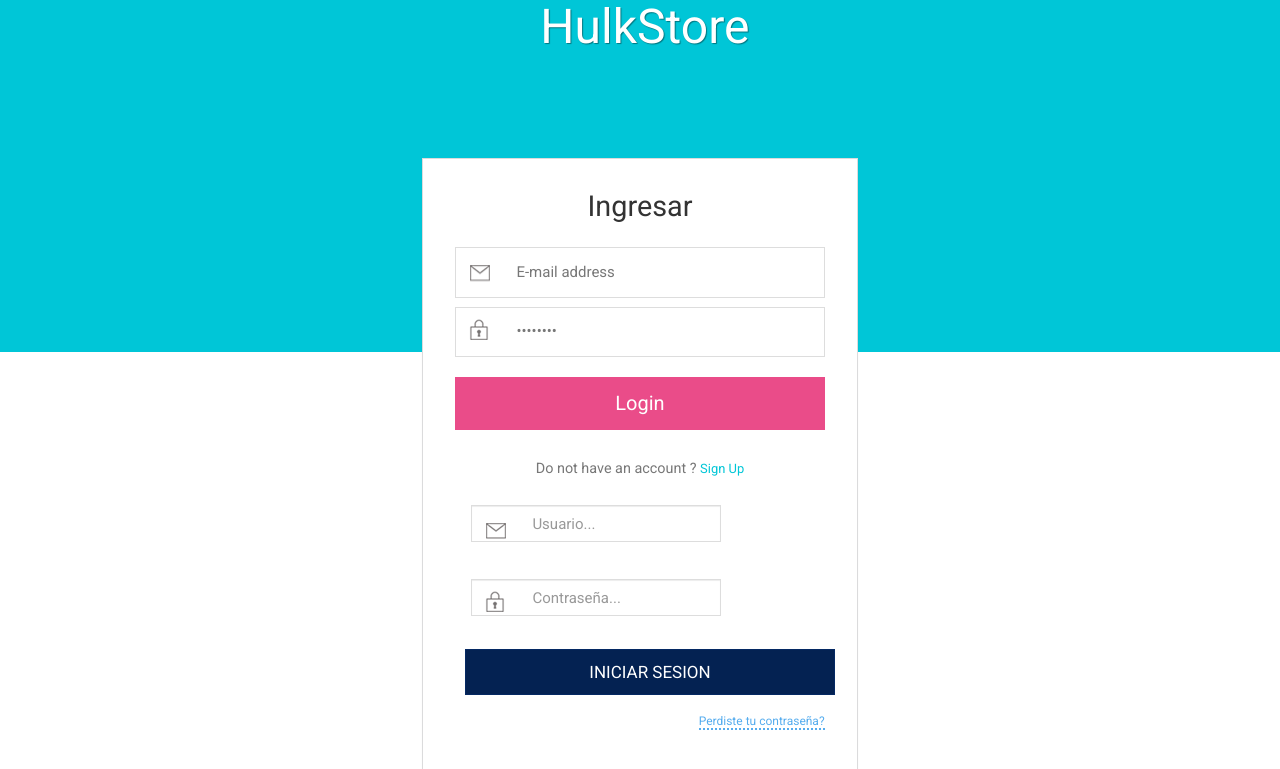
Repository: Feliphegomez/HS_Todo1
Page: http://localhost/HulkStore/
The author's editor kept a copy of each file at every save. The page is drawn from the files as they stood at one save, then again after a run of saves.
The browser window is 1280 px wide. The pictures show the whole page.
The page is served by Tomcat 9. Other server files are loaded and not shown.

Above is the page before, as saved 2020-03-26 15:27:45.

### KardexWeb/HulkStore/WebContent/login.jsp
<%@ page language="java" contentType="text/html; charset=ISO-8859-1"
    pageEncoding="ISO-8859-1"%>
<!DOCTYPE HTML>
<html>
	<head>
		<title>Hulk Store | Login :: Todo1.com</title>
		<meta name="viewport" content="width=device-width, initial-scale=1">
		<meta http-equiv="Content-Type" content="text/html; charset=utf-8" />
		<meta name="keywords" content="Augment Responsive web template, Bootstrap Web Templates, Flat Web Templates, Android Compatible web template,
		Smartphone Compatible web template, free webdesigns for Nokia, Samsung, LG, SonyEricsson, Motorola web design" />
		<script type="application/x-javascript"> addEventListener("load", function() { setTimeout(hideURLbar, 0); }, false); function hideURLbar(){ window.scrollTo(0,1); } </script>
		 <!-- Bootstrap Core CSS -->
		<link href="css/bootstrap.min.css" rel='stylesheet' type='text/css' />
		<!-- Custom CSS -->
		<link href="css/style.css" rel='stylesheet' type='text/css' />
		<!-- Graph CSS -->
		<link href="css/font-awesome.css" rel="stylesheet">
		<!-- jQuery -->
		<link href='//fonts.googleapis.com/css?family=Roboto:700,500,300,100italic,100,400' rel='stylesheet' type='text/css'>
		<!-- lined-icons -->
		<link rel="stylesheet" href="css/icon-font.min.css" type='text/css' />
		<!-- //lined-icons -->
		<script src="js/jquery-1.10.2.min.js"></script>
		<!--clock init-->
	</head>
	<body>
		<!--/login-->
		<div class="error_page">
			<!--/login-top-->
			<div class="error-top">
				<h2 class="inner-tittle page">HulkStore</h2>
				    <div class="login">
					<h3 class="inner-tittle t-inner">Ingresar</h3>
						<!-- //
						<div class="buttons login">
							<ul>
								<li><a href="#" class="hvr-sweep-to-right">Facebook</a></li>
								<li class="lost"><a href="#" class="hvr-sweep-to-left">Twitter</a> </li>
								<div class="clearfix"></div>
							</ul>
						</div>
						-->
						<form action="index.jsp" method="post">
							<input type="text" class="text" value="E-mail address" onfocus="this.value = '';" onblur="if (this.value == '') {this.value = 'E-mail address';}" >
							<input type="password" value="Password" onfocus="this.value = '';" onblur="if (this.value == '') {this.value = 'Password';}">
							<div class="submit"><input type="submit" onclick="myFunction()" value="Login" ></div>
							<div class="clearfix"></div>

							<div class="new">
								<!-- // <p><label class="checkbox11"><input type="checkbox" name="checkbox"><i> </i>Forgot Password ?</label></p> -->
								<p class="sign">Do not have an account ? <a href="sign.html">Sign Up</a></p>
								<div class="clearfix"></div>
							</div>
						</form>


							<form class="form" action="index.jsp" method="post">
								<div class="card-body">
									<div class="input-group no-border input-lg">
										<div class="input-group-prepend">
											<span class="input-group-text">
												<i class="now-ui-icons users_circle-08"></i>
											</span>
										</div>
										<input type="text" name="username" class="form-control" placeholder="Usuario..." />
									</div>
									<div class="input-group no-border input-lg">
										<div class="input-group-prepend">
											<span class="input-group-text">
												<i class="now-ui-icons text_caps-small"></i>
											</span>
										</div>
										<input type="password" name="password" placeholder="Contraseña..." class="form-control" />
									</div>
		            			</div>
		            			<div class="card-footer text-center">
		              				<button type="submit" class="btn btn-primary btn-round btn-lg btn-block">INICIAR SESION</button>
		              				<div class="pull-right">
		                				<h6><a href="#Help" class="link">Perdiste tu contraseña?</a></h6>
		              				</div>
		          				</div>
	          				</form>
					</div>


				</div>


				<!--//login-top-->
		   </div>

			  	<!--//login-->
			    <!--footer section start-->
			<div class="footer">
					<div class="error-btn">
								<a class="read fourth" href="index.html">Return to Home</a>
								</div>
			   <p>&copy 2016 Augment . All Rights Reserved | Design by <a href="https://w3layouts.com/" target="_blank">W3layouts.</a></p>
			</div>
		<!--footer section end-->
		<!--/404-->
		<!--js -->
		<script src="js/jquery.nicescroll.js"></script>
		<script src="js/scripts.js"></script>
		<!-- Bootstrap Core JavaScript -->
	   <script src="js/bootstrap.min.js"></script>
	</body>
</html>

### KardexWeb/HulkStore/src/servlet/Home.java
package servlet;

import java.io.IOException;
import java.io.PrintWriter;
import java.sql.Connection;
import java.sql.ResultSet;

import javax.servlet.RequestDispatcher;
import javax.servlet.ServletException;
import javax.servlet.annotation.WebServlet;
import javax.servlet.http.HttpServlet;
import javax.servlet.http.HttpServletRequest;
import javax.servlet.http.HttpServletResponse;
import javax.servlet.http.HttpSession;

import java.sql.PreparedStatement;

import config.Conexion;

/**
 * Servlet implementation class Home
 */
@WebServlet("/index.jsp")
public class Home extends HttpServlet {
	private static final long serialVersionUID = 1L;
	String home="dashboard.jsp";
	String login="login.jsp";
	String acceso = "";
	HttpSession session;

    /**
     * @see HttpServlet#HttpServlet()
     */
    public Home() {
        super();
        // TODO Auto-generated constructor stub
    }

	/**
	 * @see HttpServlet#doGet(HttpServletRequest request, HttpServletResponse response)
	 */
	protected void doGet(HttpServletRequest request, HttpServletResponse response) throws ServletException, IOException {
		// TODO Auto-generated method stub
		response.getWriter().append("Served at: ").append(request.getContextPath());
		session = request.getSession(false);
		PrintWriter out = response.getWriter();

        if(session != null && session.getAttribute("userid") != null){
        	acceso = home;
        } else {
        	acceso = login;
        }
		RequestDispatcher vista = request.getRequestDispatcher(acceso);
		vista.forward(request, response);


	}

	/**
	 * @see HttpServlet#doPost(HttpServletRequest request, HttpServletResponse response)
	 */

	protected void doPost(HttpServletRequest request, HttpServletResponse response) throws ServletException, IOException {
		HttpSession session = request.getSession(false);
		PrintWriter out = response.getWriter();
    	// request.getSession().setAttribute("errorMsg", null);

		try {
			if(isGuest(request, response) == true){
		        String username     = request.getParameter("username");
		        String password = request.getParameter("password");
		        if(username != null && password != null) {
		            try {
		    	    	try {
		    	    		Conexion adaptador = new Conexion(); // crear conexion
		    		    	Connection connection = adaptador.getConnection(); // crear conexion a partir de los datos

		    				String sql = "SELECT * FROM users WHERE username=? AND password=?";

		    		        PreparedStatement statement = connection.prepareStatement(sql);

		    		        statement.setString(1, username);
		    		        statement.setString(2, password);

		    		        ResultSet result = statement.executeQuery();

		    		        if (result.next()) {
		    		        	session.setAttribute("userid", 1);
		    		        	session.setAttribute("username", username);
		    		        	session.setAttribute("name", username);
		    		        	session.setAttribute("password", password);
		    		        	response.sendRedirect("index.jsp");
		    		        } else {
					        	request.getSession().setAttribute("errorMsg", "Lo sentimos, error de nombre de usuario o contraseña.");
					            request.getRequestDispatcher("login.jsp").include(request, response);
		    		        }

		    	    	} catch (Exception e) {
		    	    		throw new Exception("Conexion no establecida!", e);
		    	    	}
		            } catch (Exception sqle) {
		                System.out.println("Error: ");
		                out.println(sqle);
		            }
		        } else {
		        	request.getSession().setAttribute("errorMsg", "Lo sentimos, error de nombre de usuario o contraseña.");
		            request.getRequestDispatcher("login.jsp").include(request, response);
		        }
			} else {
	        	response.sendRedirect("index.jsp");
	        }
		} catch(Exception e) {
			out.println(e);
		}

        response.setContentType("text/html");
        request.getSession().setAttribute("errorMsg", null);
        out.close();
    }

    protected boolean isGuest(HttpServletRequest request, HttpServletResponse response) throws IOException {
		PrintWriter out = response.getWriter();
        HttpSession session = request.getSession(false);

        if(session != null && session.getAttribute("username") != null){
        	return false;
        }

        return true;
    }
}

### KardexWeb/HulkStore/WebContent/js/scripts.js
(function() {
    "use strict";

    // custom scrollbar

    $("html").niceScroll({styler:"fb",cursorcolor:"#00C6D7", cursorwidth: '5', cursorborderradius: '10px', background: '#002561', spacebarenabled:false, cursorborder: '0',  zindex: '1000'});

    $(".left-side").niceScroll({styler:"fb",cursorcolor:"#00C6D7", cursorwidth: '3', cursorborderradius: '10px', background: '#002561', spacebarenabled:false, cursorborder: '0'});


    $(".left-side").getNiceScroll();
    if ($('body').hasClass('left-side-collapsed')) {
        $(".left-side").getNiceScroll().hide();
    }



    // Toggle Left Menu
   jQuery('.menu-list > a').click(function() {

      var parent = jQuery(this).parent();
      var sub = parent.find('> ul');

      if(!jQuery('body').hasClass('left-side-collapsed')) {
         if(sub.is(':visible')) {
            sub.slideUp(200, function(){
               parent.removeClass('nav-active');
               jQuery('.main-content').css({height: ''});
               mainContentHeightAdjust();
            });
         } else {
            visibleSubMenuClose();
            parent.addClass('nav-active');
            sub.slideDown(200, function(){
                mainContentHeightAdjust();
            });
         }
      }
      return false;
   });

   function visibleSubMenuClose() {
      jQuery('.menu-list').each(function() {
         var t = jQuery(this);
         if(t.hasClass('nav-active')) {
            t.find('> ul').slideUp(200, function(){
               t.removeClass('nav-active');
            });
         }
      });
   }

   function mainContentHeightAdjust() {
      // Adjust main content height
      var docHeight = jQuery(document).height();
      if(docHeight > jQuery('.main-content').height())
         jQuery('.main-content').height(docHeight);
   }

   //  class add mouse hover
   jQuery('.custom-nav > li').hover(function(){
      jQuery(this).addClass('nav-hover');
   }, function(){
      jQuery(this).removeClass('nav-hover');
   });


   // Menu Toggle
   jQuery('.toggle-btn').click(function(){
       $(".left-side").getNiceScroll().hide();

       if ($('body').hasClass('left-side-collapsed')) {
           $(".left-side").getNiceScroll().hide();
       }
      var body = jQuery('body');
      var bodyposition = body.css('position');

      if(bodyposition != 'relative') {

         if(!body.hasClass('left-side-collapsed')) {
            body.addClass('left-side-collapsed');
            jQuery('.custom-nav ul').attr('style','');

            jQuery(this).addClass('menu-collapsed');

         } else {
            body.removeClass('left-side-collapsed chat-view');
            jQuery('.custom-nav li.active ul').css({display: 'block'});

            jQuery(this).removeClass('menu-collapsed');

         }
      } else {

         if(body.hasClass('left-side-show'))
            body.removeClass('left-side-show');
         else
            body.addClass('left-side-show');

         mainContentHeightAdjust();
      }

   });


   searchform_reposition();

   jQuery(window).resize(function(){

      if(jQuery('body').css('position') == 'relative') {

         jQuery('body').removeClass('left-side-collapsed');

      } else {

         jQuery('body').css({left: '', marginRight: ''});
      }

      searchform_reposition();

   });

   function searchform_reposition() {
      if(jQuery('.searchform').css('position') == 'relative') {
         jQuery('.searchform').insertBefore('.left-side-inner .logged-user');
      } else {
         jQuery('.searchform').insertBefore('.menu-right');
      }
   }
})(jQuery);

                      // Dropdowns Script
						$(document).ready(function() {
						  $(document).on('click', function(ev) {
						    ev.stopImmediatePropagation();
						    $(".dropdown-toggle").dropdown("active");
						  });
						});



  /************** Search ****************/
		$(function() {
	    var button = $('#loginButton');
	    var box = $('#loginBox');
	    var form = $('#loginForm');
	    button.removeAttr('href');
	    button.mouseup(function(login) {
	        box.toggle();
	        button.toggleClass('active');
	    });
	    form.mouseup(function() {
	        return false;
	    });
	    $(this).mouseup(function(login) {
	        if(!($(login.target).parent('#loginButton').length > 0)) {
	            button.removeClass('active');
	            box.hide();
	        }
	    });
	});

Loaded but not shown: KardexWeb/HulkStore/WebContent/css/bootstrap.min.css (library); KardexWeb/HulkStore/WebContent/css/style.css (library); KardexWeb/HulkStore/WebContent/css/font-awesome.css (library); KardexWeb/HulkStore/WebContent/css/icon-font.min.css (library); KardexWeb/HulkStore/WebContent/js/jquery-1.10.2.min.js (library); KardexWeb/HulkStore/WebContent/js/jquery.nicescroll.js (library); KardexWeb/HulkStore/WebContent/js/bootstrap.min.js (library)

After the next 3 saves:
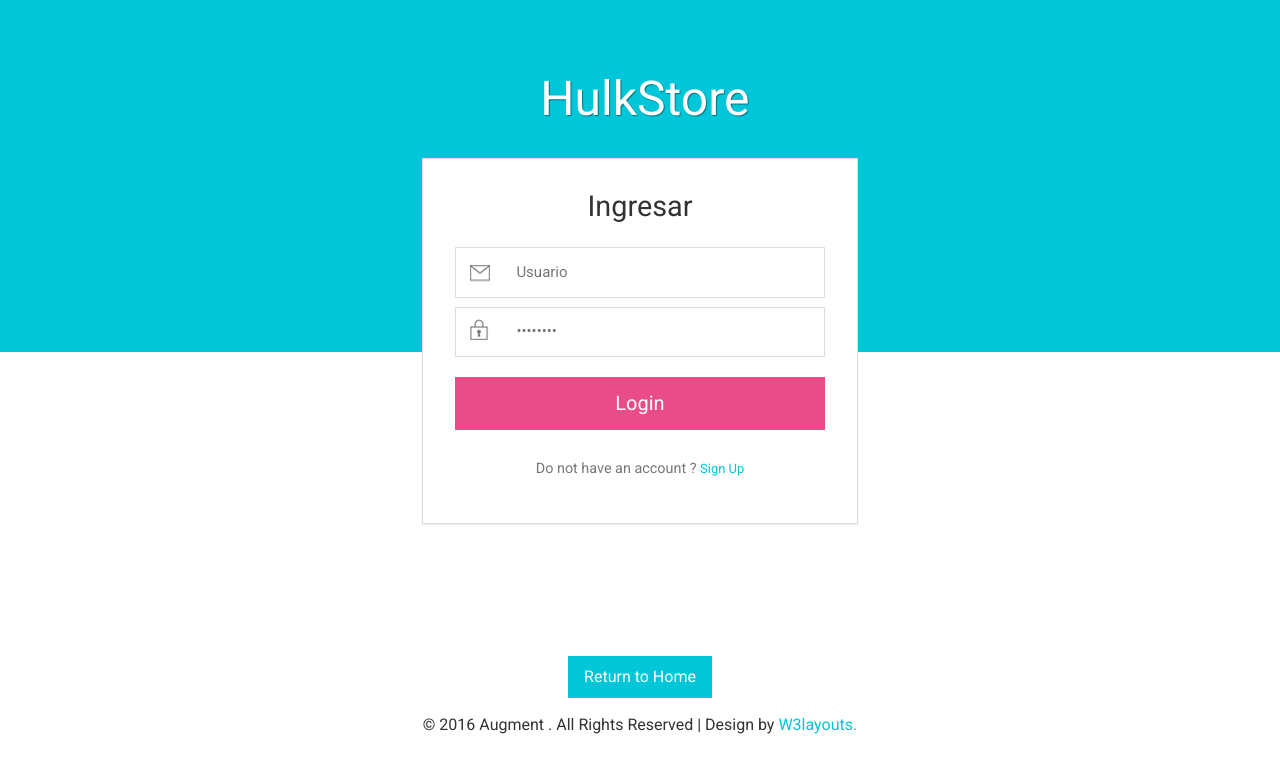
The 3 saves are shown as one change because they came seconds apart.
The last was saved 57 s later.
--- a/KardexWeb/HulkStore/WebContent/login.jsp
+++ b/KardexWeb/HulkStore/WebContent/login.jsp
@@ -41,8 +41,8 @@
 						</div>
 						-->
 						<form action="index.jsp" method="post">
-							<input type="text" class="text" value="E-mail address" onfocus="this.value = '';" onblur="if (this.value == '') {this.value = 'E-mail address';}" >
-							<input type="password" value="Password" onfocus="this.value = '';" onblur="if (this.value == '') {this.value = 'Password';}">
+							<input type="text" name="username" class="text" value="Usuario" onfocus="this.value = '';" onblur="if (this.value == '') {this.value = 'Usuario';}" >
+							<input type="password" value="password" name="password" onfocus="this.value = '';" onblur="if (this.value == '') {this.value = 'Password';}">
 							<div class="submit"><input type="submit" onclick="myFunction()" value="Login" ></div>
 							<div class="clearfix"></div>
 
@@ -54,32 +54,6 @@
 						</form>
 
 
-							<form class="form" action="index.jsp" method="post">
-								<div class="card-body">
-									<div class="input-group no-border input-lg">
-										<div class="input-group-prepend">
-											<span class="input-group-text">
-												<i class="now-ui-icons users_circle-08"></i>
-											</span>
-										</div>
-										<input type="text" name="username" class="form-control" placeholder="Usuario..." />
-									</div>
-									<div class="input-group no-border input-lg">
-										<div class="input-group-prepend">
-											<span class="input-group-text">
-												<i class="now-ui-icons text_caps-small"></i>
-											</span>
-										</div>
-										<input type="password" name="password" placeholder="Contraseña..." class="form-control" />
-									</div>
-		            			</div>
-		            			<div class="card-footer text-center">
-		              				<button type="submit" class="btn btn-primary btn-round btn-lg btn-block">INICIAR SESION</button>
-		              				<div class="pull-right">
-		                				<h6><a href="#Help" class="link">Perdiste tu contraseña?</a></h6>
-		              				</div>
-		          				</div>
-	          				</form>
 					</div>
 
 
